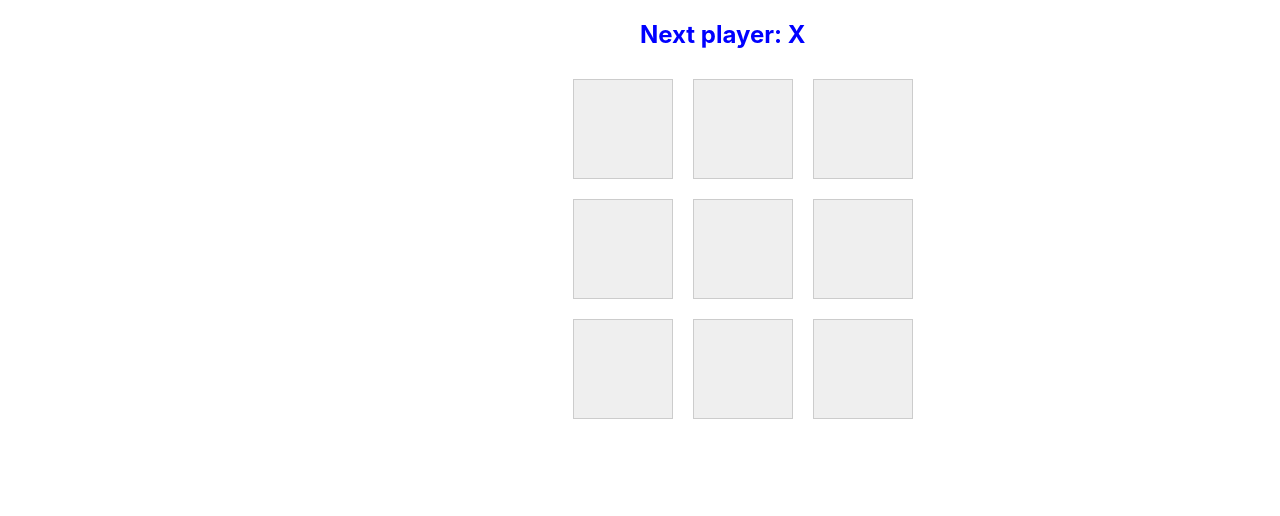
Repository: sedat-akdogan/React_Revision
Page: / (app in tic-tac-toe/)
These files come from the project's save history. The page is drawn as it stood at one moment and after a run of saves; the edit follows.
The browser window is 1280 px wide. The pictures show the whole page.
The project was rebuilt for these pictures with package versions that can differ from the ones it lists, and the page was loaded fresh each time.

Above is the page before, as saved 2023-05-13 00:42:07.

### tic-tac-toe/src/index.css
body {
    margin: 0;
    font-family: -apple-system, BlinkMacSystemFont, 'Segoe UI', 'Roboto', 'Oxygen',
        'Ubuntu', 'Cantarell', 'Fira Sans', 'Droid Sans', 'Helvetica Neue',
        sans-serif;
    -webkit-font-smoothing: antialiased;
    -moz-osx-font-smoothing: grayscale;
}

code {
    font-family: source-code-pro, Menlo, Monaco, Consolas, 'Courier New',
        monospace;
}

.square {
    width: 100px;
    height: 100px;
    font-size: 24px;
    border: 1px solid #ccc;
    display: inline-block;
    justify-content: center;
    align-items: center;
}

.board-row {
    margin-left: 44%;
    display: flex;
}

.board-row .square {
    margin: 10px;
}

.board-row:last-child .square {
    margin-bottom: 0;
}

.status {
    color: blue;
    font-size: 24px;
    margin-top: 20px;
    margin-bottom: 20px;
    margin-left: 50%;
    margin-left: 50%;
    font-weight: bold;
}

### tic-tac-toe/src/App.js
import { useState } from 'react';


function Square({ value, onSquareClick }) {
    return (
        <button className="square" onClick={onSquareClick}>
            {value}
        </button>
    );
}

export default function Board() {
    const [xIsNext, setXIsNext] = useState(true);
    const [squares, setSquares] = useState(Array(9).fill(null));

    function handleClick(i) {
        if (squares[i] || calculateWinner(squares)) {
            return;
        }
        const nextSquares = squares.slice();
        if (xIsNext) {
            nextSquares[i] = 'X';
        } else {
            nextSquares[i] = 'O';
        }
        setSquares(nextSquares);
        setXIsNext(!xIsNext);
    }

    const winner = calculateWinner(squares);
    let status;
    if (winner) {
        status = "Winner: " + winner;
    } else {
        status = "Next player: " + (xIsNext ? "X" : "O");
    }

    return (
        <>
            <div className="status">{status}</div>
            <div className="board-row">
                <Square value={squares[0]} onSquareClick={() => handleClick(0)} />
                <Square value={squares[1]} onSquareClick={() => handleClick(1)} />
                <Square value={squares[2]} onSquareClick={() => handleClick(2)} />
            </div>
            <div className="board-row">
                <Square value={squares[3]} onSquareClick={() => handleClick(3)} />
                <Square value={squares[4]} onSquareClick={() => handleClick(4)} />
                <Square value={squares[5]} onSquareClick={() => handleClick(5)} />
            </div>
            <div className="board-row">
                <Square value={squares[6]} onSquareClick={() => handleClick(6)} />
                <Square value={squares[7]} onSquareClick={() => handleClick(7)} />
                <Square value={squares[8]} onSquareClick={() => handleClick(8)} />
            </div>
        </>
    );
}

function calculateWinner(squares) {
    const lines = [
        [0, 1, 2],
        [3, 4, 5],
        [6, 7, 8],
        [0, 3, 6],
        [1, 4, 7],
        [2, 5, 8],
        [0, 4, 8],
        [2, 4, 6]
    ];
    for (let i = 0; i < lines.length; i++) {
        const [a, b, c] = lines[i];
        if (squares[a] && squares[a] === squares[b] && squares[a] === squares[c]) {
            return squares[a];
        }
    }
    return null;
}

Loaded but not shown: tic-tac-toe/public/index.html (common file); tic-tac-toe/src/index.js (common file); tic-tac-toe/src/reportWebVitals.js (common file)

After the next 3 saves:
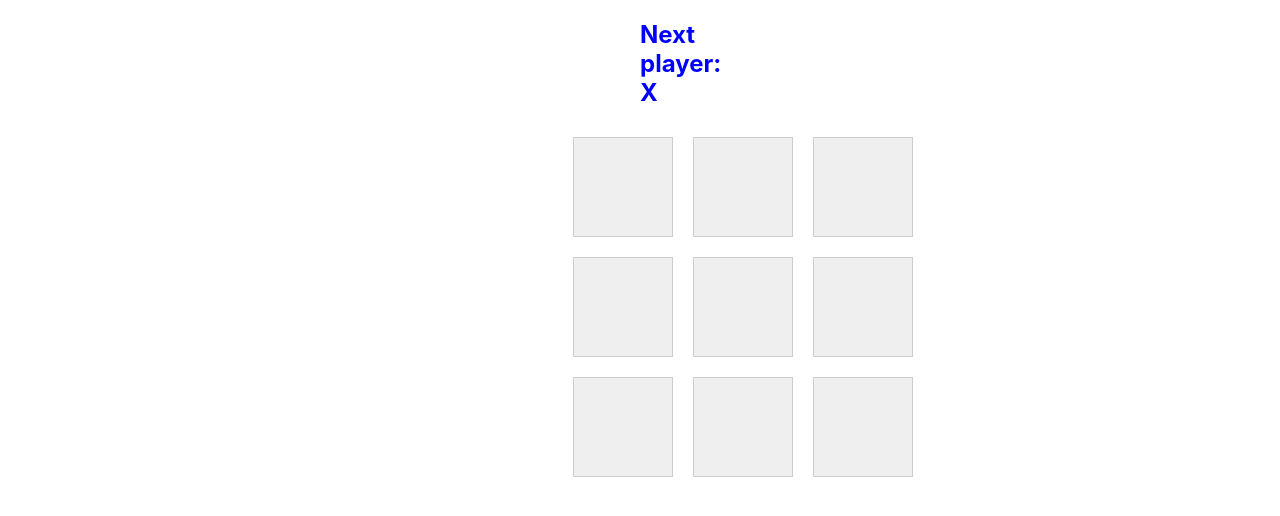
The 3 saves are shown as one change because they came seconds apart.
The last was saved 8 s later.
--- a/tic-tac-toe/src/index.css
+++ b/tic-tac-toe/src/index.css
@@ -41,6 +41,6 @@
     margin-top: 20px;
     margin-bottom: 20px;
     margin-left: 50%;
-    margin-left: 50%;
+    margin-right: 50%;
     font-weight: bold;
 }

After the 2 saves that followed:
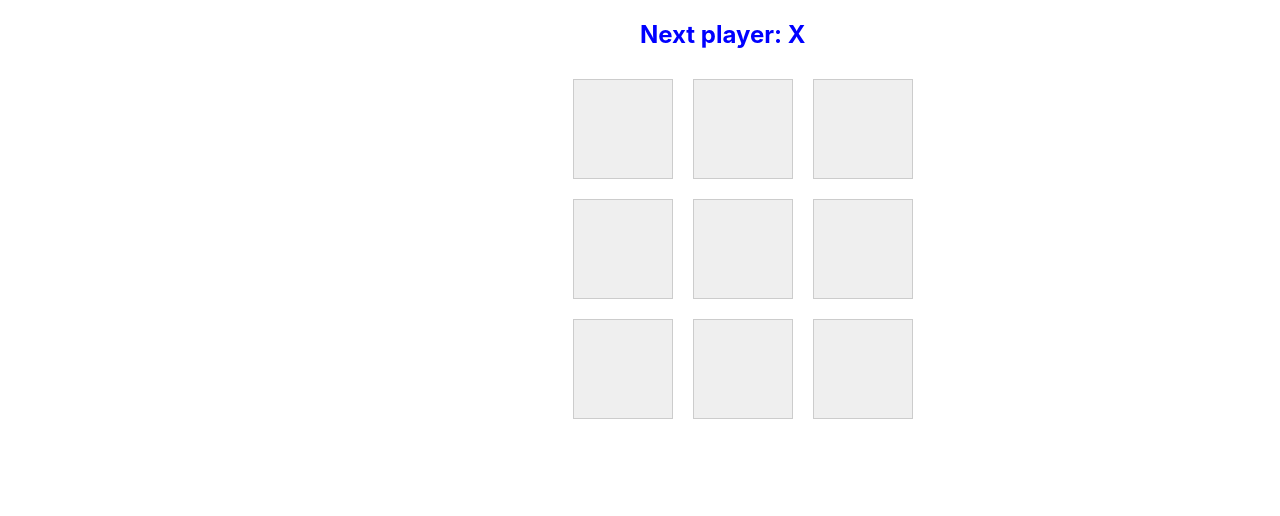
The 2 saves are shown as one change because they came seconds apart.
The last was saved 12 s later.
--- a/tic-tac-toe/src/index.css
+++ b/tic-tac-toe/src/index.css
@@ -41,6 +41,5 @@
     margin-top: 20px;
     margin-bottom: 20px;
     margin-left: 50%;
-    margin-right: 50%;
     font-weight: bold;
 }
